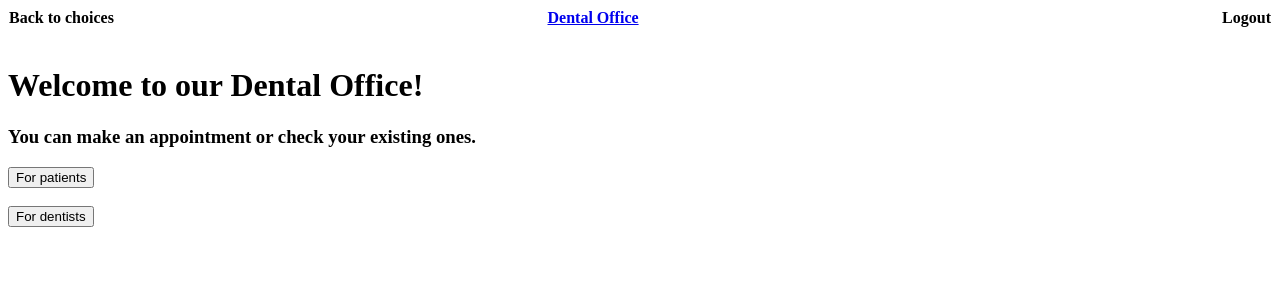
Repository: ThEgIGN/DentalOfficeWebApplication
Page: http://localhost/DentalOfficeWEB/
An editor plug-in stored every save of this project. The page is shown before and after the next save, followed by the edit.
The browser window is 1280 px wide. The pictures show the whole page.
The page is served by Tomcat 9. Nobody is signed in. The application's start-up code is not run.

Above is the page before, as saved 2023-06-16 10:14:32.

After the next save:
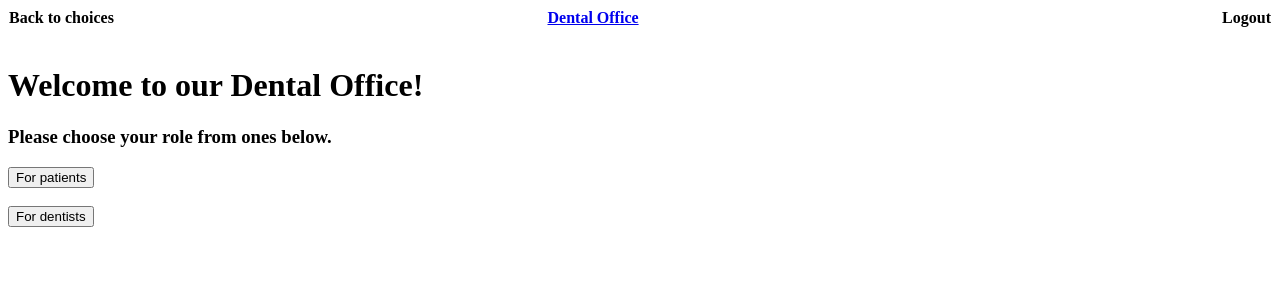
Saved 22 s later.
--- a/DentalOfficeProject/DentalOfficeWEB/src/main/webapp/index.jsp
+++ b/DentalOfficeProject/DentalOfficeWEB/src/main/webapp/index.jsp
@@ -17,7 +17,7 @@
 	</table>
 	<br>
 	<h1>Welcome to our Dental Office!</h1>
-	<h3>You can make an appointment or check your existing ones.</h3>
+	<h3>Please choose your role from ones below.</h3>
 	<form action="/DentalOfficeWEB/patients/createPatient.jsp">
 		<button type="submit">For patients</button>
 	</form>
